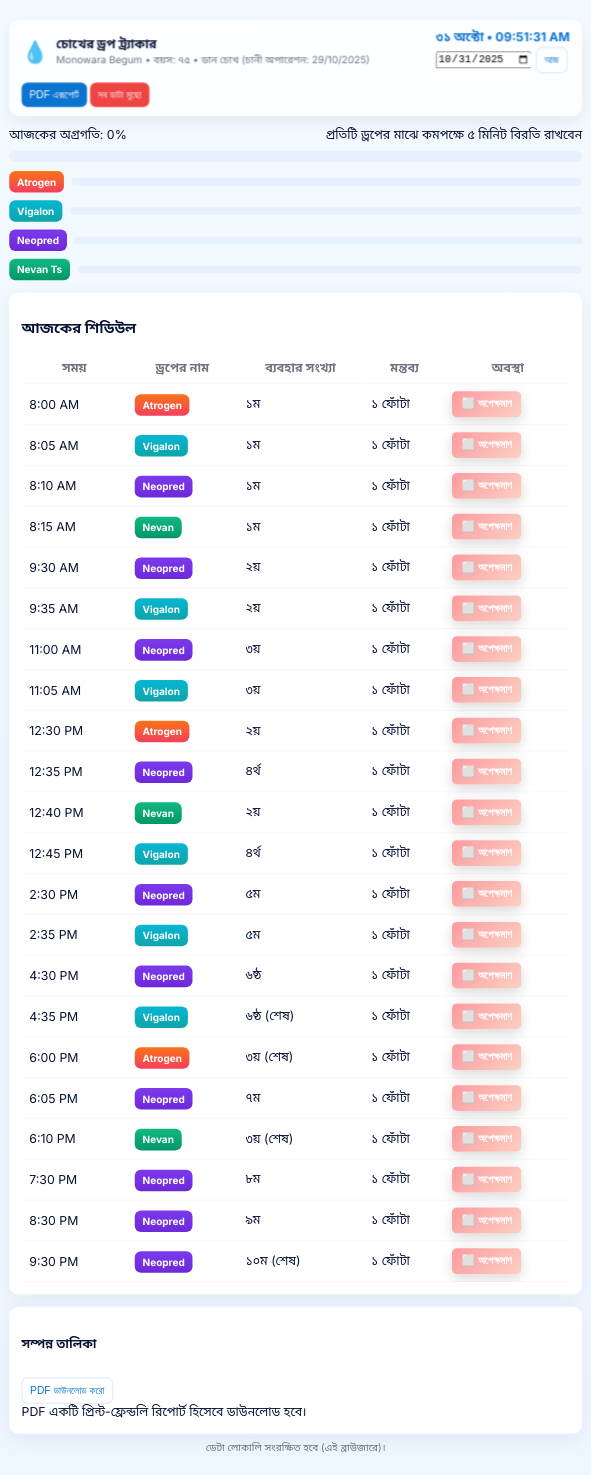
Repository: naimuddin1190/EyeDrop-Tracker
Page: index.html
These files come from the project's save history. The page is drawn as it stood at one moment and after a run of saves; the edit follows.
The browser window is 768 px wide. The pictures show the whole page, at 77% of full size.

Above is the page before, as saved 2025-10-31 10:51:11.

### index.html
<!doctype html>
<html lang="bn">
<head>
  <meta charset="utf-8" />
  <meta name="viewport" content="width=device-width,initial-scale=1" />
  <title>চোখের ড্রপ ট্র্যাকার — Monowara Begum</title>

  <!-- Fonts -->
  <link href="https://fonts.googleapis.com/css2?family=Inter:wght@400;600;700&family=Noto+Sans+Bengali:wght@400;600&display=swap" rel="stylesheet">

  <!-- Styles -->
  <link rel="stylesheet" href="styles.css">

  <!-- html2pdf -->
  <script src="https://unpkg.com/html2pdf.js@0.9.3/dist/html2pdf.bundle.min.js"></script>
</head>
<body>
  <div class="app">
    <header class="topbar">
      <div class="brand">
        <div class="logo">💧</div>
        <div>
          <div class="title">চোখের ড্রপ ট্র্যাকার</div>
          <div class="subtitle">Monowara Begum • বয়স: ৭৫ • ডান চোখ (চানী অপারেশন: 29/10/2025)</div>
        </div>
      </div>

      <div class="top-center">
        <div class="live-time" id="liveTime">—:—</div>
        <div class="date-controls">
          <input type="date" id="viewDate">
          <button id="todayBtn" class="btn ghost">আজ</button>
        </div>
      </div>

      <div class="top-right">
        <button id="exportPdf" class="btn">PDF এক্সপোর্ট</button>
        <button id="clearAll" class="btn danger">সব ডাটা মুছো</button>
      </div>
    </header>

    <!-- Overall progress -->
    <section class="progress-wrap">
      <div class="progress-info">
        <div id="progressText">আজকের অগ্রগতি: 0%</div>
        <div class="small-note">প্রতিটি ড্রপের মাঝে কমপক্ষে ৫ মিনিট বিরতি রাখবেন</div>
      </div>
      <div class="progress-bar-bg">
        <div id="progressBar" class="progress-bar-fill"></div>
      </div>
    </section>

    <!-- 4 individual medicine progress -->
    <section class="progress-multi">
      <div class="med-progress">
        <span class="med-badge med-atrogen">Atrogen</span>
        <div class="progress-bar-bg small"><div id="prog-atrogen" class="progress-bar-fill"></div></div>
      </div>
      <div class="med-progress">
        <span class="med-badge med-vigalon">Vigalon</span>
        <div class="progress-bar-bg small"><div id="prog-vigalon" class="progress-bar-fill"></div></div>
      </div>
      <div class="med-progress">
        <span class="med-badge med-neopred">Neopred</span>
        <div class="progress-bar-bg small"><div id="prog-neopred" class="progress-bar-fill"></div></div>
      </div>
      <div class="med-progress">
        <span class="med-badge med-nevan">Nevan Ts</span>
        <div class="progress-bar-bg small"><div id="prog-nevan" class="progress-bar-fill"></div></div>
      </div>
    </section>

    <!-- Main area -->
    <main class="content">
      <section class="card schedule-card">
        <h3>আজকের শিডিউল</h3>
        <div class="table-wrap">
          <table id="scheduleTable" class="schedule-table">
            <thead>
              <tr>
                <th>সময়</th>
                <th>ড্রপের নাম</th>
                <th>ব্যবহার সংখ্যা</th>
                <th>মন্তব্য</th>
                <th>অবস্থা</th>
              </tr>
            </thead>
            <tbody id="scheduleBody"></tbody>
          </table>
        </div>
      </section>

      <aside class="card side-card">
        <h4>সম্পন্ন তালিকা</h4>
        <ul id="completedList" class="completed-list"></ul>
        <div class="side-actions">
          <button id="exportPdfManual" class="btn ghost">PDF ডাউনলোড করো</button>
          <div class="small-note">PDF একটি প্রিন্ট-ফ্রেন্ডলি রিপোর্ট হিসেবে ডাউনলোড হবে।</div>
        </div>
      </aside>
    </main>

    <div id="pdfContainer" style="display:none;"></div>
    <footer class="footer">ডেটা লোকালি সংরক্ষিত হবে (এই ব্রাউজারে)।</footer>
  </div>

  <script src="https://cdnjs.cloudflare.com/ajax/libs/html2pdf.js/0.10.1/html2pdf.bundle.min.js"></script>

  <script src="app.js"></script>
</body>
</html>

### styles.css
:root{
  --bg:#f6fbff;
  --card:#ffffff;
  --accent:#0b74d1;
  --accent-2:#7c3aed;
  --muted:#6b7280;
  --green:#10b981;
  --danger:#ef4444;
}

*{box-sizing:border-box}
body{
  margin:0;
  font-family:"Inter","Noto Sans Bengali",system-ui;
  background:linear-gradient(180deg,#f3f9ff 0%,#eef6ff 100%);
  color:#071233;
}

/* Container */
.app{max-width:1100px;margin:14px auto;padding:12px;}

/* Topbar */
.topbar{
  display:flex;align-items:center;justify-content:space-between;
  gap:12px;padding:12px 16px;border-radius:12px;
  background:rgba(255,255,255,0.8);box-shadow:0 6px 22px rgba(9,30,66,0.08);
  backdrop-filter:blur(6px);flex-wrap:wrap;
}
.brand{display:flex;align-items:center;gap:10px}
.logo{font-size:28px}
.title{font-weight:700;font-size:16px}
.subtitle{font-size:13px;color:var(--muted)}
.live-time{color:var(--accent);font-weight:700}
.btn{background:var(--accent);color:#fff;padding:8px 10px;border-radius:8px;border:0;cursor:pointer}
.btn.ghost{background:transparent;color:var(--accent);border:1px solid rgba(11,116,209,0.2)}
.btn.danger{background:var(--danger)}
.date-controls{display:flex;align-items:center;gap:6px}

/* Progress */
.progress-wrap{margin-top:14px;display:flex;flex-direction:column;gap:8px}
.progress-bar-bg{height:14px;background:#e6f0ff;border-radius:12px;overflow:hidden}
.progress-bar-fill{height:100%;width:0%;background:linear-gradient(90deg,var(--accent),var(--accent-2));transition:width 400ms ease}
.progress-info{display:flex;justify-content:space-between;align-items:center}

/* Small individual bars */
.progress-multi{display:grid;grid-template-columns:1fr 1fr;gap:10px;margin-top:12px;}
.med-progress{display:flex;align-items:center;gap:10px}
.progress-bar-bg.small{flex:1;height:10px}
.med-badge{padding:6px 10px;border-radius:8px;color:#fff;font-weight:700;font-size:13px}
.med-atrogen{background:linear-gradient(180deg,#f97316,#f43f5e)}
.med-vigalon{background:linear-gradient(180deg,#06b6d4,#0ea5a9)}
.med-neopred{background:linear-gradient(180deg,#7c3aed,#6d28d9)}
.med-nevan{background:linear-gradient(180deg,#10b981,#059669)}

/* Layout */
.content{display:grid;grid-template-columns:1fr 320px;gap:16px;margin-top:16px}
.card{background:var(--card);padding:16px;border-radius:12px;box-shadow:0 8px 28px rgba(13,27,65,0.06)}
.table-wrap{overflow:auto}

/* Table */
.schedule-table{width:100%;border-collapse:collapse;min-width:560px}
.schedule-table th{padding:8px;border-bottom:1px solid #eef4ff;color:var(--muted)}
.schedule-table td{padding:10px;border-bottom:1px solid #f1f7ff}

/* Completed list */
.completed-list{list-style:none;padding:0;margin:0;max-height:300px;overflow:auto}
.completed-list li{background:#f3f9ff;padding:8px;margin-bottom:6px;border-radius:8px;font-weight:600;color:#073257}
.side-actions{margin-top:10px}

/* Footer */
.footer{text-align:center;font-size:13px;color:var(--muted);margin-top:10px}

/* Button default */
.mark-btn.pending {
  background: linear-gradient(135deg, #ff9a9e 0%, #fad0c4 100%);
  color: #fff;
  border: none;
  padding: 8px 12px;
  border-radius: 6px;
  cursor: pointer;
  font-weight: bold;
  transition: transform 0.2s ease, box-shadow 0.2s ease;
  box-shadow: 0 4px 12px rgba(0,0,0,0.1);
  animation: pulse 1.5s infinite;
}

/* Pulse animation */
@keyframes pulse {
  0% { transform: scale(1); box-shadow: 0 4px 12px rgba(0,0,0,0.1); }
  50% { transform: scale(1.05); box-shadow: 0 6px 16px rgba(0,0,0,0.15); }
  100% { transform: scale(1); box-shadow: 0 4px 12px rgba(0,0,0,0.1); }
}

/* Hover effect */
.mark-btn.pending:hover {
  transform: scale(1.1);
  box-shadow: 0 8px 20px rgba(0,0,0,0.2);
}


/* Responsive */
@media(max-width:900px){
  .content{grid-template-columns:1fr}
  .progress-multi{grid-template-columns:1fr}
}

### app.js
/* app.js — বাংলা UI + ৪টি ড্রপের প্রগ্রেস বার + সম্পন্ন তালিকা PDF + eye-catching অপেক্ষমাণ button */

const scheduleData = [
  ["8:00 AM", "Atrogen 1%", "১ম", "১ ফোঁটা", "atrogen"],
  ["8:05 AM", "Vigalon", "১ম", "১ ফোঁটা", "vigalon"],
  ["8:10 AM", "Neopred", "১ম", "১ ফোঁটা", "neopred"],
  ["8:15 AM", "Nevan Ts", "১ম", "১ ফোঁটা", "nevan"],
  ["9:30 AM", "Neopred", "২য়", "১ ফোঁটা", "neopred"],
  ["9:35 AM", "Vigalon", "২য়", "১ ফোঁটা", "vigalon"],
  ["11:00 AM", "Neopred", "৩য়", "১ ফোঁটা", "neopred"],
  ["11:05 AM", "Vigalon", "৩য়", "১ ফোঁটা", "vigalon"],
  ["12:30 PM", "Atrogen 1%", "২য়", "১ ফোঁটা", "atrogen"],
  ["12:35 PM", "Neopred", "৪র্থ", "১ ফোঁটা", "neopred"],
  ["12:40 PM", "Nevan Ts", "২য়", "১ ফোঁটা", "nevan"],
  ["12:45 PM", "Vigalon", "৪র্থ", "১ ফোঁটা", "vigalon"],
  ["2:30 PM", "Neopred", "৫ম", "১ ফোঁটা", "neopred"],
  ["2:35 PM", "Vigalon", "৫ম", "১ ফোঁটা", "vigalon"],
  ["4:30 PM", "Neopred", "৬ষ্ঠ", "১ ফোঁটা", "neopred"],
  ["4:35 PM", "Vigalon", "৬ষ্ঠ (শেষ)", "১ ফোঁটা", "vigalon"],
  ["6:00 PM", "Atrogen 1%", "৩য় (শেষ)", "১ ফোঁটা", "atrogen"],
  ["6:05 PM", "Neopred", "৭ম", "১ ফোঁটা", "neopred"],
  ["6:10 PM", "Nevan Ts", "৩য় (শেষ)", "১ ফোঁটা", "nevan"],
  ["7:30 PM", "Neopred", "৮ম", "১ ফোঁটা", "neopred"],
  ["8:30 PM", "Neopred", "৯ম", "১ ফোঁটা", "neopred"],
  ["9:30 PM", "Neopred", "১০ম (শেষ)", "১ ফোঁটা", "neopred"]
];

const scheduleBody=document.getElementById('scheduleBody');
const completedList=document.getElementById('completedList');
const progressBar=document.getElementById('progressBar');
const progressText=document.getElementById('progressText');
const liveTime=document.getElementById('liveTime');
const viewDate=document.getElementById('viewDate');
const todayBtn=document.getElementById('todayBtn');
const exportPdf=document.getElementById('exportPdf');
const exportPdfManual=document.getElementById('exportPdfManual');
const clearAll=document.getElementById('clearAll');
const pdfContainer=document.getElementById('pdfContainer');

// ৪টি আলাদা প্রগ্রেস বারের রেফারেন্স
const progBars={
  atrogen:document.getElementById('prog-atrogen'),
  vigalon:document.getElementById('prog-vigalon'),
  neopred:document.getElementById('prog-neopred'),
  nevan:document.getElementById('prog-nevan')
};

const TOTAL=scheduleData.length;

// আজকের তারিখ
function isoToday(d=new Date()){return new Date(d.getTime()-d.getTimezoneOffset()*60000).toISOString().slice(0,10);}
viewDate.value=isoToday();

// সময় আপডেট
function updateClock(){
  const n=new Date();
  liveTime.textContent=n.toLocaleDateString('bn-BD',{month:'short',day:'numeric'})+' • '+n.toLocaleTimeString([], {hour:'2-digit',minute:'2-digit',second:'2-digit'});
}
setInterval(updateClock,1000);updateClock();

// Storage
function keyFor(d){return 'eyedrop_'+d;}
function loadDay(d){
  const raw=localStorage.getItem(keyFor(d));
  if(!raw){
    const obj=scheduleData.map((r,i)=>({idx:i,time:r[0],med:r[1],count:r[2],note:r[3],tag:r[4],taken:false}));
    localStorage.setItem(keyFor(d),JSON.stringify(obj));
    return obj;
  }
  return JSON.parse(raw);
}
function saveDay(d,arr){localStorage.setItem(keyFor(d),JSON.stringify(arr));}

// Render Table + Completed List
function render(){
  const dateStr=viewDate.value;
  const day=loadDay(dateStr);
  scheduleBody.innerHTML='';completedList.innerHTML='';

  day.forEach(it=>{
    const tr=document.createElement('tr');
    const medBadge=`<span class="med-badge med-${it.tag}">${it.med.split(' ')[0]}</span>`;
    tr.innerHTML=`<td>${it.time}</td>
                    <td>${medBadge}</td>
                    <td>${it.count}</td>
                    <td>${it.note}</td>
                    <td><button class="mark-btn ${it.taken?'done':'pending'}" data-idx="${it.idx}">${it.taken?'✅ সম্পন্ন':'⬜ অপেক্ষমাণ'}</button></td>`;
    scheduleBody.appendChild(tr);

    // সম্পন্ন তালিকায় যোগ
    if(it.taken){
      const li=document.createElement('li');
      li.textContent=`${it.time} — ${it.med} (${it.count})`;
      completedList.appendChild(li);
    }
  });

  document.querySelectorAll('.mark-btn').forEach(btn=>{
    btn.onclick=()=>{toggleTaken(dateStr,parseInt(btn.dataset.idx));};
  });

  updateProgressUI(day);
}

// Toggle Taken
function toggleTaken(d,idx){
  const day=loadDay(d);
  const item=day.find(i=>i.idx===idx);
  item.taken=!item.taken; // এক ক্লিক = ১ ফোঁটা
  saveDay(d,day);
  render();
}

// Progress Bar আপডেট
function updateProgressUI(day){
  const done=day.filter(d=>d.taken).length;
  const percent=Math.round((done/TOTAL)*100);
  progressBar.style.width=percent+'%';
  progressText.textContent=`আজকের অগ্রগতি: ${percent}%`;

  // ৪টি আলাদা প্রগ্রেস বার
  ['atrogen','vigalon','neopred','nevan'].forEach(tag=>{
    const total=day.filter(d=>d.tag===tag).length;
    const done=day.filter(d=>d.tag===tag && d.taken).length;
    const p=Math.round((done/total)*100);
    progBars[tag].style.width=p+'%';
  });
}

// Buttons
todayBtn.onclick=()=>{viewDate.value=isoToday();render();};
viewDate.onchange=()=>render();
clearAll.onclick=()=>{
  if(confirm("সব ডাটা মুছে ফেলতে চাও?")){
    Object.keys(localStorage).forEach(k=>{
      if(k.startsWith('eyedrop_')) localStorage.removeItem(k);
    });
    render();
  }
}

// PDF Export (শুধু সম্পন্ন তালিকা / টেবিল)
function generateTablePDF() {
  const dateStr = viewDate.value;
  const day = loadDay(dateStr);

  let tableHtml = `<h2 style="margin:0 0 6px 0">চোখের ড্রপ রিপোর্ট</h2>
  <div style="font-size:14px;color:#333;margin-bottom:6px">তারিখ: ${dateStr}</div>
  <table style="width:100%;border-collapse:collapse;font-size:14px">
    <thead>
      <tr>
        <th style="text-align:left;padding:6px;border-bottom:1px solid #ddd">সময়</th>
        <th style="text-align:left;padding:6px;border-bottom:1px solid #ddd">ড্রপ</th>
        <th style="padding:6px;border-bottom:1px solid #ddd">ব্যবহার সংখ্যা</th>
        <th style="padding:6px;border-bottom:1px solid #ddd">মন্তব্য</th>
        <th style="padding:6px;border-bottom:1px solid #ddd">অবস্থা</th>
      </tr>
    </thead>
    <tbody>`;

  day.forEach(it=>{
    tableHtml += `<tr>
      <td style="padding:6px;border-bottom:1px solid #f2f2f2">${it.time}</td>
      <td style="padding:6px;border-bottom:1px solid #f2f2f2">${it.med}</td>
      <td style="padding:6px;border-bottom:1px solid #f2f2f2">${it.count}</td>
      <td style="padding:6px;border-bottom:1px solid #f2f2f2">${it.note}</td>
      <td style="padding:6px;border-bottom:1px solid #f2f2f2">${it.taken?'✅ সম্পন্ন':'⬜ অপেক্ষমাণ'}</td>
    </tr>`;
  });

  tableHtml += `</tbody></table>`;
  pdfContainer.innerHTML = tableHtml;

  const opt = {
    margin: 0.5,
    filename: `EyeDrop_${dateStr}.pdf`,
    image: { type: 'jpeg', quality: 0.98 },
    html2canvas: { scale: 2 },
    jsPDF: { unit: 'in', format: 'a4', orientation: 'portrait' }
  };

  html2pdf().set(opt).from(pdfContainer).save();
}

// Attach PDF buttons
exportPdf.onclick = generateTablePDF;
exportPdfManual.onclick = generateTablePDF;

// Initial Render
render();

After the next 3 saves:
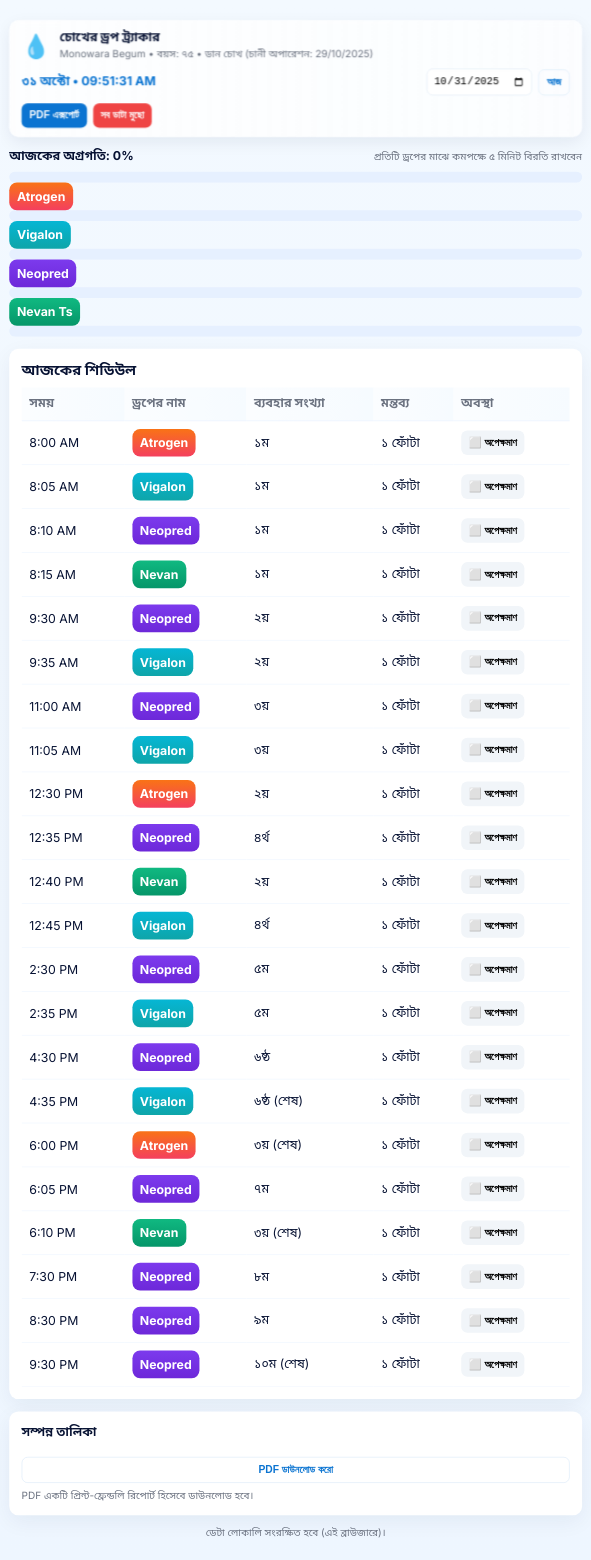
The 3 saves are shown as one change because they came seconds apart.
The last was saved 18 s later.
--- a/styles.css
+++ b/styles.css
@@ -1,3 +1,4 @@
+/* styles.css — professional, eye-catching, mobile-first */
 :root{
   --bg:#f6fbff;
   --card:#ffffff;
@@ -6,100 +7,94 @@
   --muted:#6b7280;
   --green:#10b981;
   --danger:#ef4444;
+  --glass: rgba(255,255,255,0.6);
 }
 
 *{box-sizing:border-box}
 body{
   margin:0;
-  font-family:"Inter","Noto Sans Bengali",system-ui;
-  background:linear-gradient(180deg,#f3f9ff 0%,#eef6ff 100%);
-  color:#071233;
+  font-family: "Inter", "Noto Sans Bengali", system-ui, -apple-system, "Segoe UI", Roboto, Arial;
+  background: linear-gradient(180deg, #f3f9ff 0%, #eef6ff 100%);
+  color: #071233;
+  -webkit-font-smoothing:antialiased;
+  -moz-osx-font-smoothing:grayscale;
 }
 
-/* Container */
+/* App container */
 .app{max-width:1100px;margin:14px auto;padding:12px;}
 
 /* Topbar */
 .topbar{
-  display:flex;align-items:center;justify-content:space-between;
-  gap:12px;padding:12px 16px;border-radius:12px;
-  background:rgba(255,255,255,0.8);box-shadow:0 6px 22px rgba(9,30,66,0.08);
-  backdrop-filter:blur(6px);flex-wrap:wrap;
+  position:sticky; top:10px; z-index:30;
+  display:flex; align-items:center; justify-content:space-between;
+  gap:12px; padding:12px 16px; border-radius:12px;
+  background: linear-gradient(90deg, rgba(255,255,255,0.85), rgba(255,255,255,0.7));
+  box-shadow: 0 6px 22px rgba(9,30,66,0.08);
+  backdrop-filter: blur(6px);
 }
-.brand{display:flex;align-items:center;gap:10px}
-.logo{font-size:28px}
+
+.brand{display:flex;gap:12px;align-items:center}
+.logo{font-size:30px}
 .title{font-weight:700;font-size:16px}
 .subtitle{font-size:13px;color:var(--muted)}
-.live-time{color:var(--accent);font-weight:700}
-.btn{background:var(--accent);color:#fff;padding:8px 10px;border-radius:8px;border:0;cursor:pointer}
-.btn.ghost{background:transparent;color:var(--accent);border:1px solid rgba(11,116,209,0.2)}
+
+.top-center{display:flex;flex-direction:column;align-items:center;gap:6px}
+.live-time{font-weight:700;font-size:16px;color:var(--accent)}
+.date-controls{display:flex;gap:8px;align-items:center}
+.date-controls input[type="date"]{padding:8px;border-radius:8px;border:1px solid #e6eef7}
+.btn{background:var(--accent);color:#fff;padding:8px 10px;border-radius:8px;border:0;cursor:pointer;font-weight:600}
+.btn.ghost{background:transparent;color:var(--accent);border:1px solid rgba(11,116,209,0.12)}
 .btn.danger{background:var(--danger)}
-.date-controls{display:flex;align-items:center;gap:6px}
+.top-right{display:flex;gap:8px;align-items:center}
 
 /* Progress */
 .progress-wrap{margin-top:14px;display:flex;flex-direction:column;gap:8px}
+.progress-info{display:flex;justify-content:space-between;align-items:center;gap:12px}
+.progress-info #progressText{font-weight:700}
+.small-note{color:var(--muted);font-size:13px}
 .progress-bar-bg{height:14px;background:#e6f0ff;border-radius:12px;overflow:hidden}
-.progress-bar-fill{height:100%;width:0%;background:linear-gradient(90deg,var(--accent),var(--accent-2));transition:width 400ms ease}
-.progress-info{display:flex;justify-content:space-between;align-items:center}
+.progress-bar-fill{height:100%;width:0%;background:linear-gradient(90deg,var(--accent),var(--accent-2));transition:width 400ms cubic-bezier(.2,.9,.3,1)}
 
-/* Small individual bars */
-.progress-multi{display:grid;grid-template-columns:1fr 1fr;gap:10px;margin-top:12px;}
-.med-progress{display:flex;align-items:center;gap:10px}
-.progress-bar-bg.small{flex:1;height:10px}
-.med-badge{padding:6px 10px;border-radius:8px;color:#fff;font-weight:700;font-size:13px}
-.med-atrogen{background:linear-gradient(180deg,#f97316,#f43f5e)}
-.med-vigalon{background:linear-gradient(180deg,#06b6d4,#0ea5a9)}
-.med-neopred{background:linear-gradient(180deg,#7c3aed,#6d28d9)}
-.med-nevan{background:linear-gradient(180deg,#10b981,#059669)}
+/* Content layout */
+.content{display:grid;grid-template-columns:1fr 340px;gap:16px;margin-top:16px}
+.card{background:var(--card);padding:16px;border-radius:12px;box-shadow:0 8px 28px rgba(13,27,65,0.06)}
+.schedule-card h3{margin:0 0 8px 0}
+.side-card h4{margin:0 0 8px 0}
 
-/* Layout */
-.content{display:grid;grid-template-columns:1fr 320px;gap:16px;margin-top:16px}
-.card{background:var(--card);padding:16px;border-radius:12px;box-shadow:0 8px 28px rgba(13,27,65,0.06)}
+/* Table styles */
 .table-wrap{overflow:auto}
+.schedule-table{width:100%;border-collapse:collapse;min-width:560px}
+.schedule-table thead th{
+  text-align:left;padding:10px;border-bottom:1px solid #eef4ff;color:var(--muted);font-weight:700;background:linear-gradient(90deg,#fbfdff,#f6fbff)
+}
+.schedule-table tbody td{padding:10px;border-bottom:1px solid #f1f7ff;vertical-align:middle}
 
-/* Table */
-.schedule-table{width:100%;border-collapse:collapse;min-width:560px}
-.schedule-table th{padding:8px;border-bottom:1px solid #eef4ff;color:var(--muted)}
-.schedule-table td{padding:10px;border-bottom:1px solid #f1f7ff}
+/* medicine color badges - left column style */
+.med-badge{
+  display:inline-flex;align-items:center;gap:10px;padding:8px 10px;border-radius:10px;color:#fff;font-weight:700;
+}
+.med-atrogen{background: linear-gradient(180deg,#f97316,#f43f5e)} /* orange-red */
+.med-vigalon{background: linear-gradient(180deg,#06b6d4,#0ea5a9)} /* teal */
+.med-neopred{background: linear-gradient(180deg,#7c3aed,#6d28d9)} /* purple */
+.med-nevan{background: linear-gradient(180deg,#10b981,#059669)} /* green */
 
-/* Completed list */
-.completed-list{list-style:none;padding:0;margin:0;max-height:300px;overflow:auto}
-.completed-list li{background:#f3f9ff;padding:8px;margin-bottom:6px;border-radius:8px;font-weight:600;color:#073257}
-.side-actions{margin-top:10px}
+/* mark button */
+.mark-btn{padding:8px 10px;border-radius:8px;border:0;cursor:pointer;font-weight:700;background:#f1f5f9}
+.mark-btn.done{background:linear-gradient(90deg,#10b981,#34d399);color:white}
 
-/* Footer */
-.footer{text-align:center;font-size:13px;color:var(--muted);margin-top:10px}
+/* completed list */
+.completed-list{list-style:none;padding:0;margin:8px 0;max-height:300px;overflow:auto}
+.completed-list li{background:#f3f9ff;padding:8px;border-radius:8px;margin-bottom:8px;color:#073257;font-weight:600}
 
-/* Button default */
-.mark-btn.pending {
-  background: linear-gradient(135deg, #ff9a9e 0%, #fad0c4 100%);
-  color: #fff;
-  border: none;
-  padding: 8px 12px;
-  border-radius: 6px;
-  cursor: pointer;
-  font-weight: bold;
-  transition: transform 0.2s ease, box-shadow 0.2s ease;
-  box-shadow: 0 4px 12px rgba(0,0,0,0.1);
-  animation: pulse 1.5s infinite;
+/* side actions */
+.side-actions{margin-top:12px;display:flex;flex-direction:column;gap:8px}
+
+/* footer */
+.footer{text-align:center;color:var(--muted);margin-top:14px;font-size:13px}
+
+/* responsive */
+@media (max-width:920px){
+  .content{grid-template-columns:1fr; }
+  .topbar{flex-direction:column;align-items:stretch;gap:10px}
+  .top-center{flex-direction:row;justify-content:space-between}
 }
-
-/* Pulse animation */
-@keyframes pulse {
-  0% { transform: scale(1); box-shadow: 0 4px 12px rgba(0,0,0,0.1); }
-  50% { transform: scale(1.05); box-shadow: 0 6px 16px rgba(0,0,0,0.15); }
-  100% { transform: scale(1); box-shadow: 0 4px 12px rgba(0,0,0,0.1); }
-}
-
-/* Hover effect */
-.mark-btn.pending:hover {
-  transform: scale(1.1);
-  box-shadow: 0 8px 20px rgba(0,0,0,0.2);
-}
-
-
-/* Responsive */
-@media(max-width:900px){
-  .content{grid-template-columns:1fr}
-  .progress-multi{grid-template-columns:1fr}
-}
